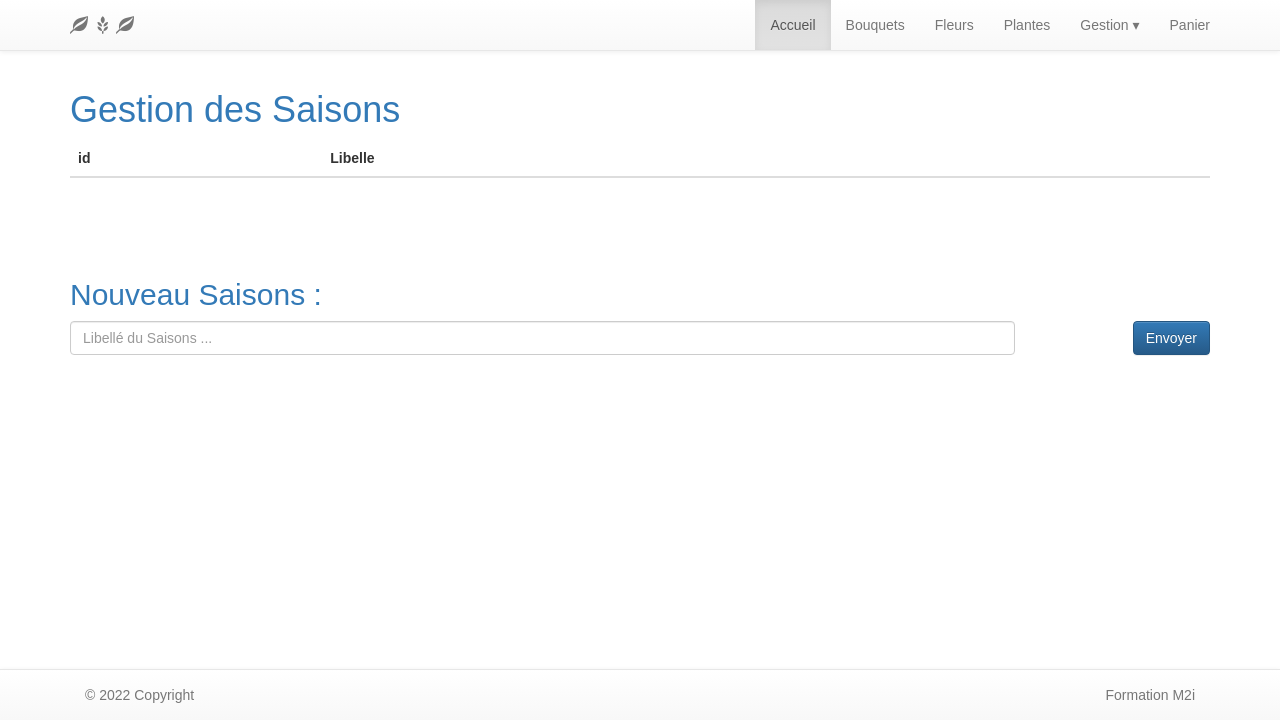
Repository: JeremT8/JavaFleuristeProject
Page: tp-fleuriste/src/main/webapp/saisons.html
An editor plug-in stored every save of this project. The page is shown before and after the next save, followed by the edit.
The browser window is 1280 px wide. The pictures show the whole page.
The page's requests for data from a server got no answer. Some web libraries are served in a nearby version.

Above is the page before, as saved 2022-05-16 14:54:06.

### tp-fleuriste/src/main/webapp/saisons.html
<!DOCTYPE html>
<html>
<head>
<meta charset="UTF-8">
<title>Flow Hearts</title>
<link rel="stylesheet"
	href="https://maxcdn.bootstrapcdn.com/bootstrap/3.3.7/css/bootstrap.min.css">
<link rel="stylesheet"
	href="https://maxcdn.bootstrapcdn.com/bootstrap/3.3.7/css/bootstrap-theme.min.css">
<script
	src="https://ajax.googleapis.com/ajax/libs/jquery/3.1.1/jquery.min.js"></script>
<script
	src="https://maxcdn.bootstrapcdn.com/bootstrap/3.3.7/js/bootstrap.min.js"></script>
<link rel="apple-touch-icon" sizes="76x76" href="/apple-touch-icon.png">
<link rel="icon" type="image/png" sizes="32x32"
	href="/favicon-32x32.png">
<link rel="icon" type="image/png" sizes="16x16"
	href="/favicon-16x16.png">
<link rel="manifest" href="/site.webmanifest">
<link rel="mask-icon" href="/safari-pinned-tab.svg" color="#5bbad5">
<meta name="msapplication-TileColor" content="#da532c">
<meta name="theme-color" content="#ffffff">
<link rel="stylesheet" href="css/commun.css">
<script src="./js/saisons.js"></script>
</head>
<body>
	<nav class="navbar navbar-default navbar-fixed-top">
		<div class="container">
			<div class="navbar-header">
				<a href="index.html" class="navbar-brand active"> <span
					class="glyphicon glyphicon-leaf rotate-leaf"></span> <span
					class="glyphicon glyphicon-grain"></span> <span
					class="glyphicon glyphicon-leaf"></span>
				</a>
				<button class="navbar-toggle" type="button" data-toggle="collapse"
					data-target="#navbar-main">
					<span class="icon-bar"></span> <span class="icon-bar"></span> <span
						class="icon-bar"></span>
				</button>
			</div>
			<div class="navbar-collapse collapse" id="navbar-main">
				<ul class="nav navbar-nav navbar-right">
					<li class="active"><a href="index.html">Accueil</a></li>
					<li><a href="bouquets.html">Bouquets</a></li>
					<li><a href="fleurs.html">Fleurs</a></li>
					<li><a href="plantes.html">Plantes</a></li>
					<li class="nav-item dropdown"><a
						class="nav-link dropdown-toggle" href="#" id="navbarDropdown"
						role="button" data-toggle="dropdown" aria-haspopup="true"
						aria-expanded="false"> Gestion ▾ </a>
						<div class="dropdown-menu" aria-labelledby="navbarDropdown">
							<a class="dropdown-item" href="#">Plantes</a>
							<div class="dropdown-divider"></div>
							<a class="dropdown-item" href="#">Fleurs</a>
							<div class="dropdown-divider"></div>
							<a class="dropdown-item" href="#">Bouquets</a>
							<div class="dropdown-divider"></div>
							<a class="dropdown-item" href="#">Saisons</a>
							<div class="dropdown-divider"></div>
							<a class="dropdown-item" href="styles.html">Styles</a>
						</div></li>
					<li><a href="styles.html"> Panier</a></li>
				</ul>
			</div>
		</div>
	</nav>


	<div class="container">
		<h1 class="bleu">Gestion des Saisons</h1>

		<div class="alert alert-danger" id="errorSaisons"></div>

		<table class="table table-hover table-striped">
			<thead>
				<tr>
					<th>id</th>
					<th>Libelle</th>
					<th>&nbsp;</th>
					<th>&nbsp;</th>
				</tr>
			</thead>
			<tbody id="tbodyliste">
			</tbody>

		</table>

		<br> <br> <br>
		<h2 class="bleu">Nouveau Saisons :</h2>
		<div>
			<form class="form-horizontal">
				<div class="form-group">
					<div class="col-xs-10">
						<input id="libelleSaisons" placeholder="Libellé du Saisons ..."
							required class="form-control" />
					</div>
					<div class="col-xs-2">
						<button type="button" id="bAjoutSaisons"
							class="btn btn-primary pull-right">Envoyer</button>
					</div>
				</div>

			</form>
		</div>
	</div>

	<nav class="navbar navbar-default navbar-fixed-bottom">
		<div class="container">
			<ul class="nav navbar-nav  navbar-foot">
				<li class="pull-left"><a>© 2022 Copyright</a></li>
				<li class="pull-right"><a>Formation M2i</a></li>
			</ul>
		</div>
	</nav>
</body>
</html>

### tp-fleuriste/src/main/webapp/css/commun.css
body {
	padding-top: 70px;
	padding-bottom: 70px;
	font-family: 'Montserrat', sans-serif !important;

}

.navbar-foot {
	width: 100%;
}

.rouge {
	color: red;
}

.vert {
	color: green;
}

.bleu, .glyphicon-shopping-cart {
	color: #337ab7;
}
.gros{
	font-size: 1.0em;
	padding-left: 15px;
	padding-right: 15px;
}
.glyphicon-menu-up, .glyphicon-menu-down{
	font-size: 0.7em;
}
.supp, .modif, .tri{
/* 	cursor:crosshair;	 */
	cursor:pointer;
}

textarea.noresize{
	resize: none;
}

#map{
	width : 100%;
	height : 400px;
	border : 1px solid #337ab7;
}

.icon-flipped {
transform: scaleX(-1);
-moz-transform: scaleX(-1);
-webkit-transform: scaleX(-1);
-ms-transform: scaleX(-1);
}


.bottle{
	display: inline-block !important;
}

a.dropdown-item {
	color: black;
	text-decoration: none;
	width:100%;
	margin: 4% auto;
}

.open > .dropdown-menu  {
	display: flex;
	flex-wrap: wrap;
	flex-direction: column;
	text-align: center;
	letter-spacing: 2px;
}


.input-form {
	margin:0.8em;
}

.div-form-input {
	margin: 0% 0% 1.2em 0%;
}

select#saison, select#style {
	width: 95%;
	margin: 0% 2% 0% 2%;
}

#content {
	display: flex;
	justify-content: space-around;
	flex-wrap: wrap;
}

.card {
	box-shadow: 1px 1px 1px grey;
	border-color: black !important;
	border-radius: 5%;
	margin: 2%;
	display: flex;
	flex-direction: column;
	align-items: center;
	text-align: center;
}

.card-img-top {
	max-width: 400px;
	max-height: 400px;
}


.card-title {
	font-size: 1.2em;
	font-weight: bold;
}

.tarif-card {
	color: green;
	font-weight: bold;
	font-size: 1.4rem;
}

### tp-fleuriste/src/main/webapp/js/saisons.js
$(function() {
	getSaisons();
	$("#bAjoutSaisons").on("click", ajouterSaisons);
});



function getSaisons() {
	$("#errorSaisons").css("display", "none");
	$.get("http://localhost:8080/tp-fleuriste/rs/saisons", affichersaisons);
}


function ajouterSaisons() {

	var data = {
		libelle: $("#libelleSaisons").val(),
	}
	$.ajax({
		type: 'post',
		url: 'http://localhost:8080/tp-fleuriste/rs/saisons',
		data: JSON.stringify(data),
		contentType: "application/json;charset=utf-8",
		success: function() {
			$("#libelleSaisons").val("");
			getSaisons();
		}
	})
	.fail(function() {
		$("#errorSaisons").css("display", "block");
		$("#errorSaisons").html("Une erreur est survenue lors de l'ajout");
	})

}


function affichersaisons(saisons) {
	var data = "";
	saisons.forEach(function(s) {
		var tr = "<tr>";
		tr += "<td>" + s.id + "</td>";
		tr += "<td><input type='text' id='libelle" + s.id + "' value=" + s.libelle + " /></td>";
		tr += "<td class='centre'><button onclick='modifSaisons(" + s.id + ")' type='button' class='glyphicon glyphicon-edit vert'></button></td>";
		tr += "<td class='centre'><button onclick='suppSaisons(" + s.id + ")' type='button' class='glyphicon glyphicon-remove rouge'></button></td>";

		tr += "</tr>";

		data += tr;
	})
	$("#tbodyliste").html(data);
}



function suppSaisons(id){
	$.ajax({
		type : 'delete',
		url : 'http://localhost:8080/tp-fleuriste/rs/saisons/' + id,
		success : function(){
			getSaisons();
		}
	})
	.fail(function(){
		$("#errorSaisons").css("display", "block");
		$("#errorSaisons").html("Une erreur est survenue lors de la suppression");
	})
}



function modifSaisons(id){

	var data = {
		libelle: $("#libelle" + id).val(),
	}


	$.ajax({
		type : 'put',
		url : 'http://localhost:8080/tp-fleuriste/rs/saisons/'+id,
		data : JSON.stringify(data),
		contentType : "application/json;charset=utf-8",
		success : function(){
			getSaisons();
		}
	})
	.fail(function(){
		getSaisons();
		$("#errorSaisons").css("display", "block");
		$("#errorSaisons").html("Une erreur est survenue lors de la modification");
	})

}

After the next save:
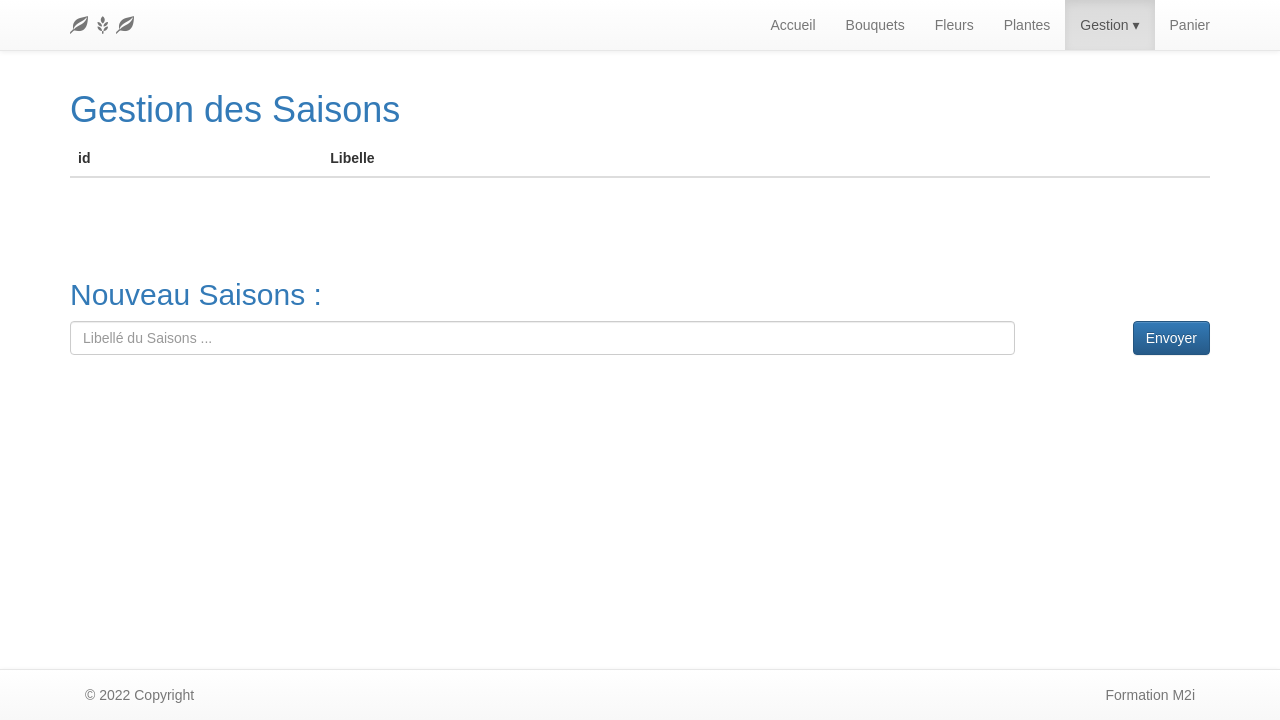
Saved 73 s later.
--- a/tp-fleuriste/src/main/webapp/saisons.html
+++ b/tp-fleuriste/src/main/webapp/saisons.html
@@ -40,11 +40,11 @@
 			</div>
 			<div class="navbar-collapse collapse" id="navbar-main">
 				<ul class="nav navbar-nav navbar-right">
-					<li class="active"><a href="index.html">Accueil</a></li>
+					<li><a href="index.html">Accueil</a></li>
 					<li><a href="bouquets.html">Bouquets</a></li>
 					<li><a href="fleurs.html">Fleurs</a></li>
 					<li><a href="plantes.html">Plantes</a></li>
-					<li class="nav-item dropdown"><a
+					<li class="nav-item dropdown active"><a
 						class="nav-link dropdown-toggle" href="#" id="navbarDropdown"
 						role="button" data-toggle="dropdown" aria-haspopup="true"
 						aria-expanded="false"> Gestion ▾ </a>
